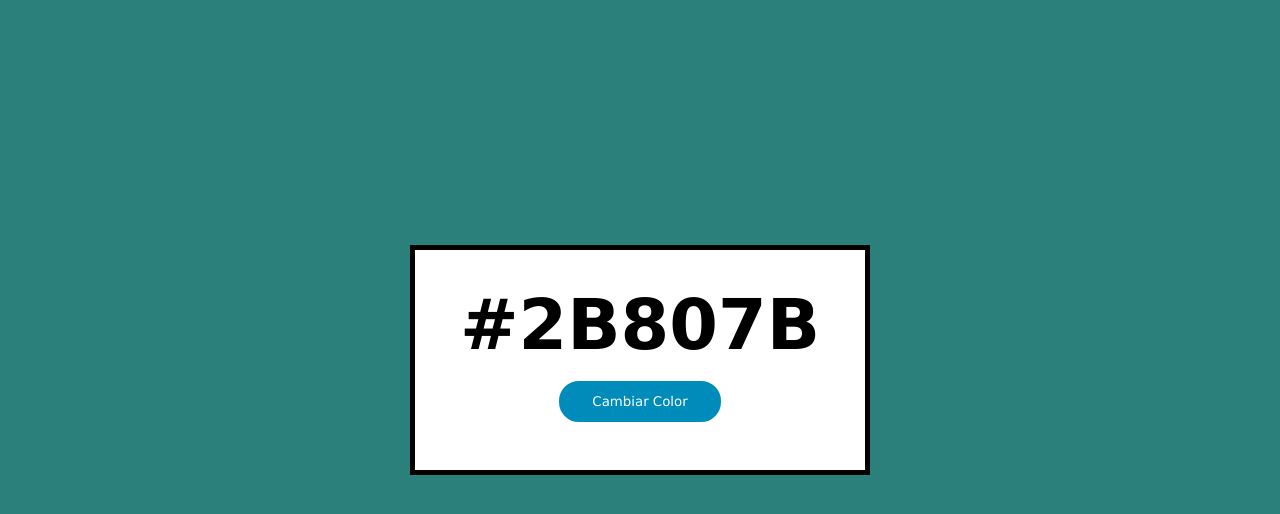
Repository: JoyMoGas/javascript-learn
Page: color-aleatorio/index.html
These files come from the project's save history. The page is drawn as it stood at one moment and after the next save; the edit follows.
The browser window is 1280 px wide. The pictures show the whole page.

Above is the page before, as saved 2024-05-09 15:48:43.

### color-aleatorio/index.html
<!DOCTYPE html>
<html lang="es">
  <head>
    <meta charset="UTF-8" />
    <meta name="viewport" content="width=device-width, initial-scale=1.0" />
    <link rel="stylesheet" href="style.css" />
    <title>Color Aleatorio</title>
  </head>
  <body class="centrar-flex">
    <div id="contenedor" class="centrar-flex">
      <p id="color">#2B807B</p>
      <button id="boton-color">Cambiar Color</button>
    </div>
    <script src="app.js"></script>
  </body>
</html>

### color-aleatorio/style.css
/* Estilos generales  */

* {
    margin: 0;
    padding: 0;
    font-family: Verdana, sans-serif;
}

body {
    height: 100vh;
    background-color: #2B807B;
    text-align: center;
}

.centrar-flex {
    display: flex;
    justify-content: center;
    align-items: center;
}

/* Contenedor */

#contenedor {
    height: 220px;
    width: 450px;
    background-color: white;
    border: 5px solid black;
    flex-wrap: wrap;
    flex-direction: column;
}

/* Texto */

#color {
    font-size: 70px;
    font-weight: bold;
}

/* Boton */
button {
    font: 30px;
    color: white;
    border-radius: 20px;
    background-color: #008CBA;
    margin: 15px;
    padding: 10px 30px;
    border: 3px solid #008CBA;
    user-select: none;
    cursor: pointer;
    transition-duration: 0.4s;
}

button:hover {
    background-color: #05455A;
}

Loaded but not shown: color-aleatorio/app.js (no stored copy; drawn as an empty file)

After the next save:
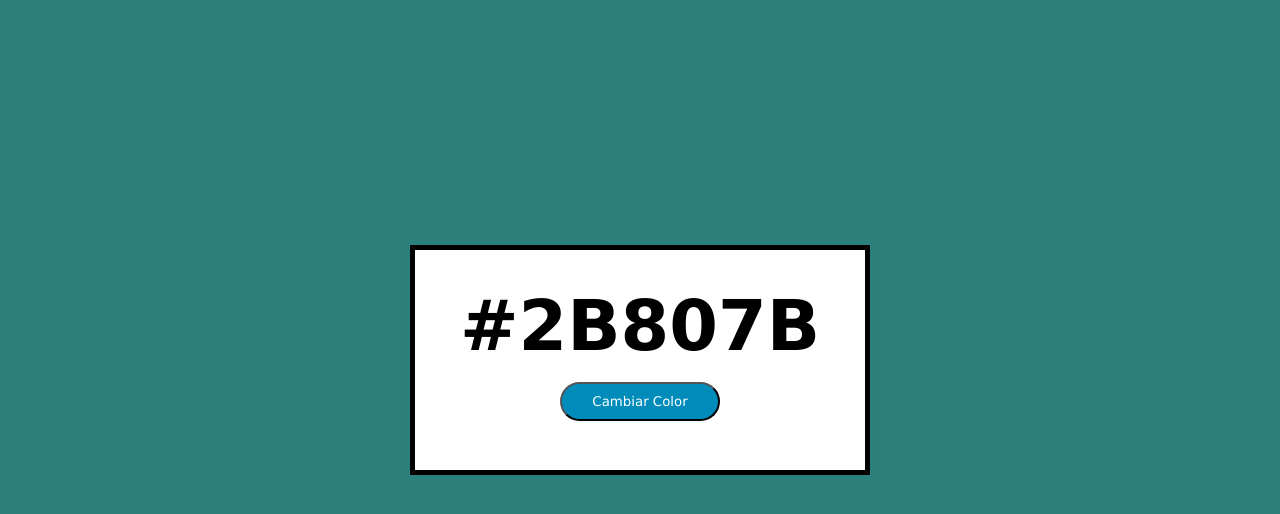
Saved 69 s later.
--- a/color-aleatorio/style.css
+++ b/color-aleatorio/style.css
@@ -44,7 +44,6 @@
     background-color: #008CBA;
     margin: 15px;
     padding: 10px 30px;
-    border: 3px solid #008CBA;
     user-select: none;
     cursor: pointer;
     transition-duration: 0.4s;

After the save that followed:
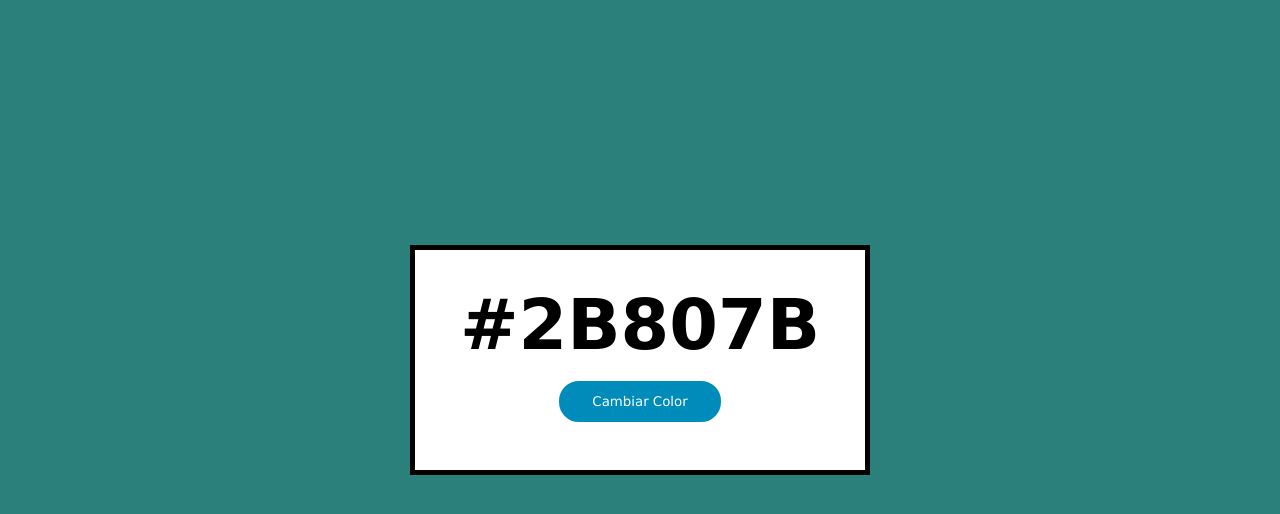
Saved 8 s later.
--- a/color-aleatorio/style.css
+++ b/color-aleatorio/style.css
@@ -44,6 +44,7 @@
     background-color: #008CBA;
     margin: 15px;
     padding: 10px 30px;
+    border: 3px solid #008CBA;
     user-select: none;
     cursor: pointer;
     transition-duration: 0.4s;
